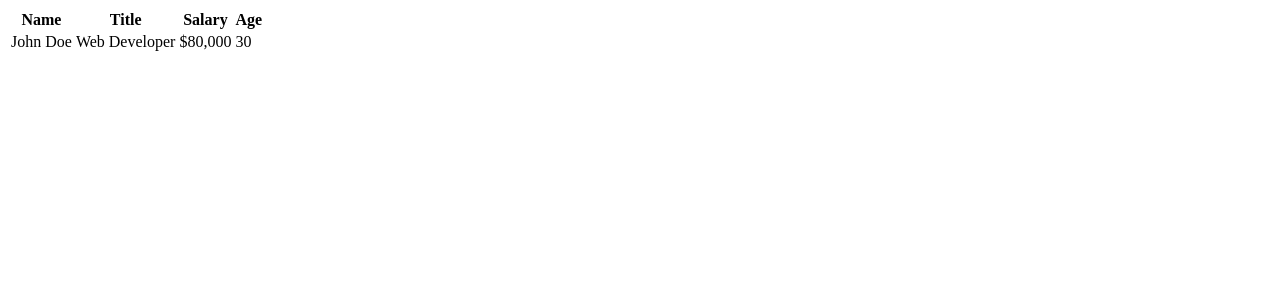
Repository: arunyerram/Web-TEChnologies
Page: Class2/code.html
The author's editor kept a copy of each file at every save. The page is drawn from the files as they stood at one save, then again after a run of saves.
The browser window is 1280 px wide. The pictures show the whole page.

Above is the page before, as saved 2025-02-14 12:38:30.

After the next 3 saves:
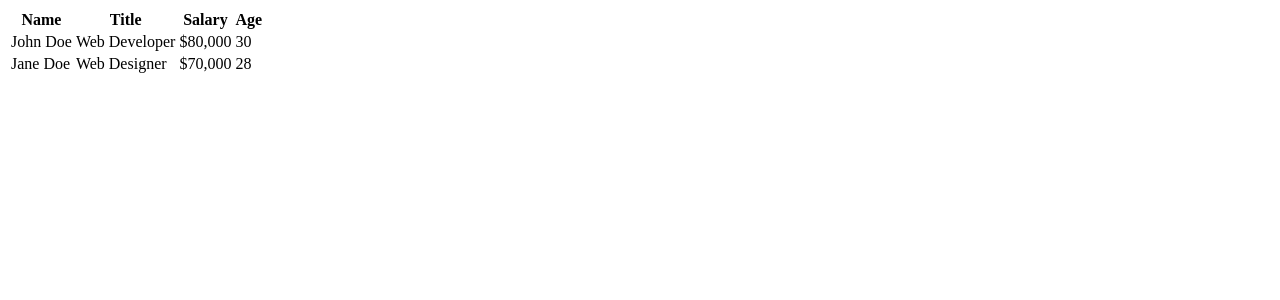
The 3 saves are shown as one change because they came seconds apart.
The last was saved 9 s later.
--- a/Class2/code.html
+++ b/Class2/code.html
@@ -22,7 +22,13 @@
                 <td>$80,000</td>
                 <td>30</td>
             </tr>
+            <tr>
+                <td>Jane Doe</td>
+                <td>Web Designer</td>
+                <td>$70,000</td>
+                <td>28</td>
         </tbody>
+
     </table>
 </body>
 </html>
